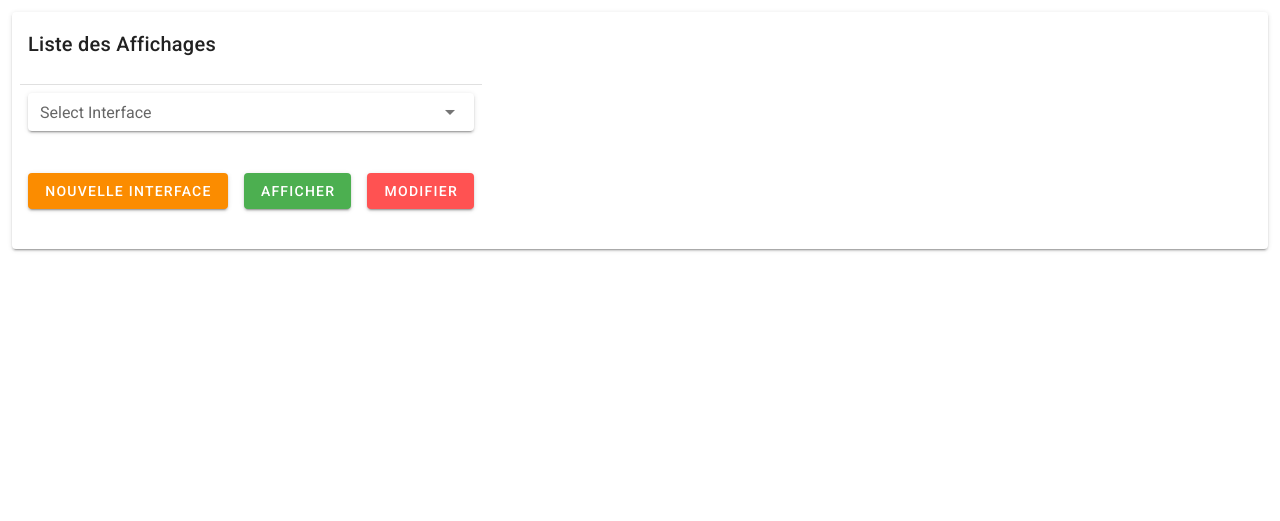
Repository: Hamagistral/BannerApp-Vue
Page: /
These files come from the project's save history. The page is drawn as it stood at one moment and after the next save; the edit follows.
The browser window is 1280 px wide. The pictures show the whole page.
The project was rebuilt for these pictures with package versions that can differ from the ones it lists, and the page was loaded fresh each time. Also part of the build but not shown: vue.config.js, src/components/WidgetText.vue, src/components/WidgetImage.vue, src/components/DynamicPage.vue.

Above is the page before, as saved 2023-02-07 01:20:04.

After the next save:
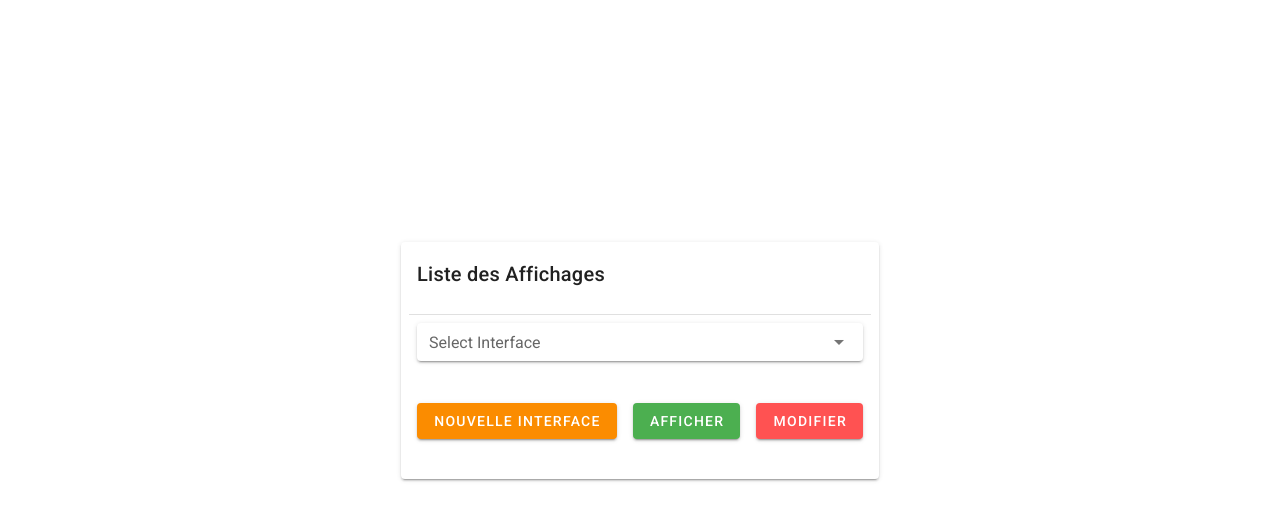
Saved 108 s later.
--- a/src/App.vue
+++ b/src/App.vue
@@ -1,8 +1,8 @@
 <template>
   <v-app>
     <v-main>
-      <v-container class="mx-auto" fluid>
-        <router-view></router-view>
+      <v-container fill-height fluid>
+        <router-view align="center" justify="center"></router-view>
       </v-container>
     </v-main>
   </v-app>
